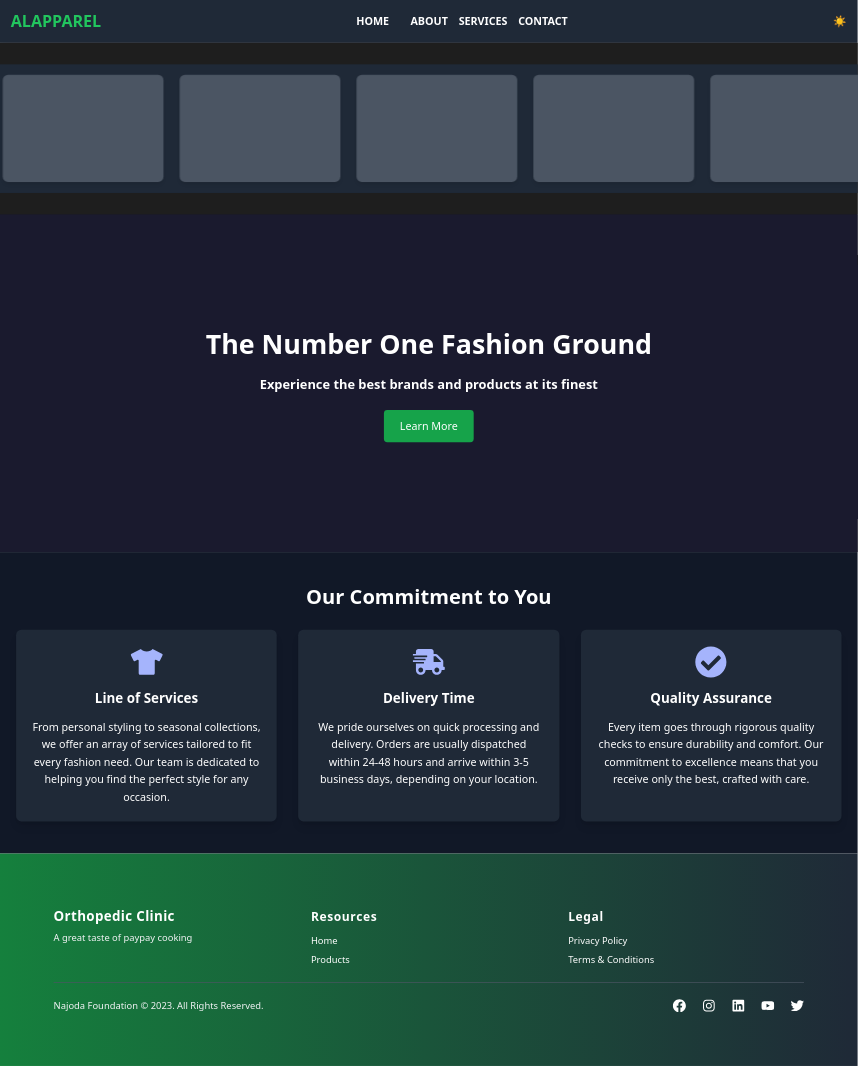
Repository: countaustin1990/file-C-Users-user-Documents-Final-20Cart
Page: /home (app in Documents/BXXXN/my-app/)
The author's editor kept a copy of each file at every save. The page is drawn from the files as they stood at one save, then again after the next save.
The browser window is 1280 px wide. The pictures show the whole page, at 67% of full size.
The project was rebuilt for these pictures with package versions that can differ from the ones it lists, and the page was loaded fresh each time. Also part of the build but not shown: Documents/BXXXN/my-app/vite.config.js, Documents/BXXXN/my-app/src/components/horizontalscroll/style.css, Documents/BXXXN/my-app/src/pages/contact/Contact.jsx, Documents/BXXXN/my-app/src/pages/about/About.test.jsx, Documents/BXXXN/my-app/src/pages/services/Services.test.jsx.

Above is the page before, as saved 2024-11-01 10:24:35.

After the next save:
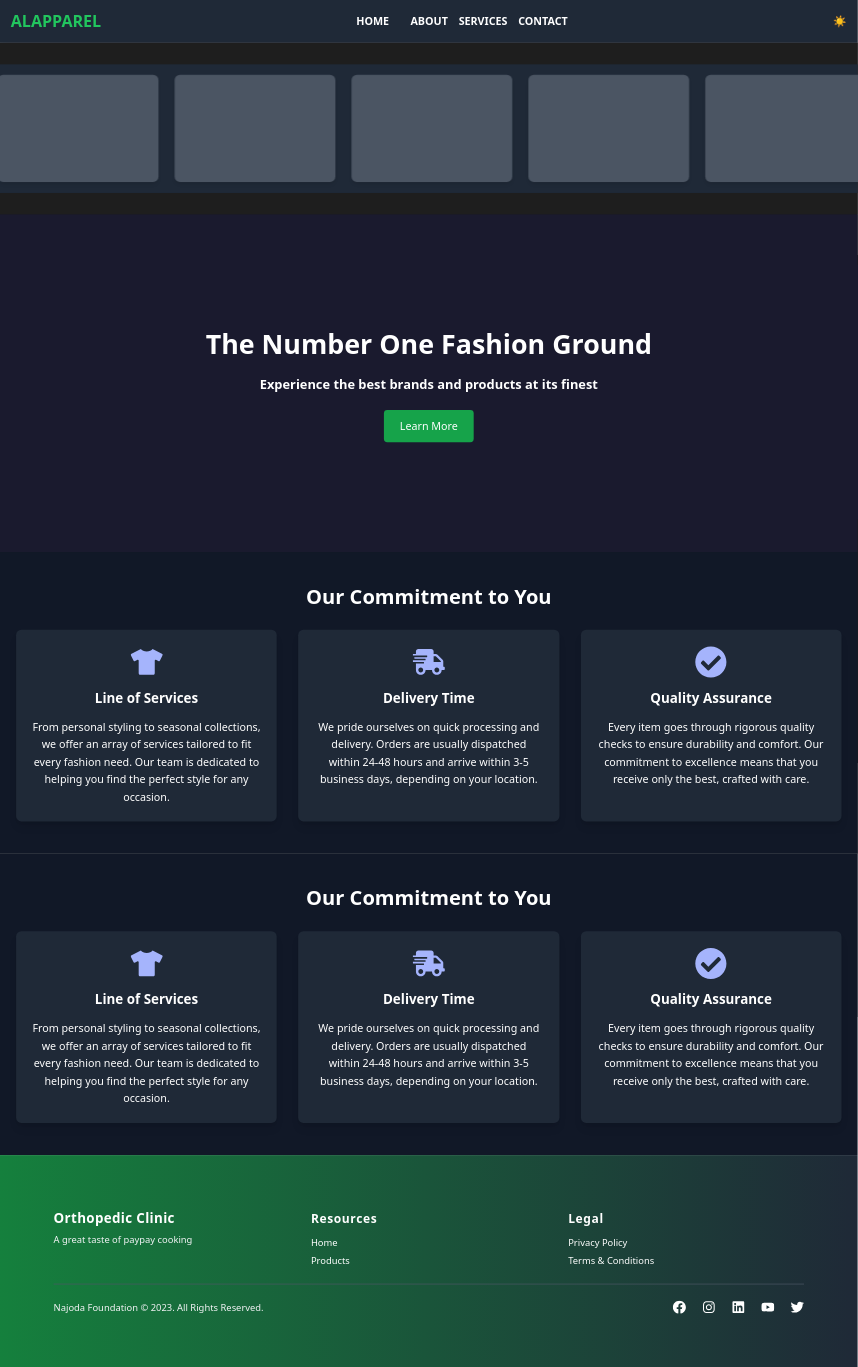
Saved 2 min 42 s later.
--- a/Documents/BXXXN/my-app/src/pages/home/Home.test.jsx
+++ b/Documents/BXXXN/my-app/src/pages/home/Home.test.jsx
@@ -1,12 +1,14 @@
 import HeroSection from '../../components/folder/HeroSection.test';
 import HorizontalScroll from '../../components/horizontalscroll/HorizontalScroll.test'; // Corrected import
 import PropTypes from 'prop-types';
+import ServicesInfo from '../../serviceinfo/ServiceInfo.test';
 
 const Home = ({ theme }) => {
   return (
     <div className={`home ${theme}-mode`}>
       <HorizontalScroll theme={theme} /> {/* Added HorizontalScroll component */}
       <HeroSection theme={theme} /> {/* Pass the theme to HeroSection */}
+      <ServicesInfo isDarkMode={theme === 'dark'} /> {/* Pass isDarkMode prop */}
     </div>
   );
 };

After the save that followed:
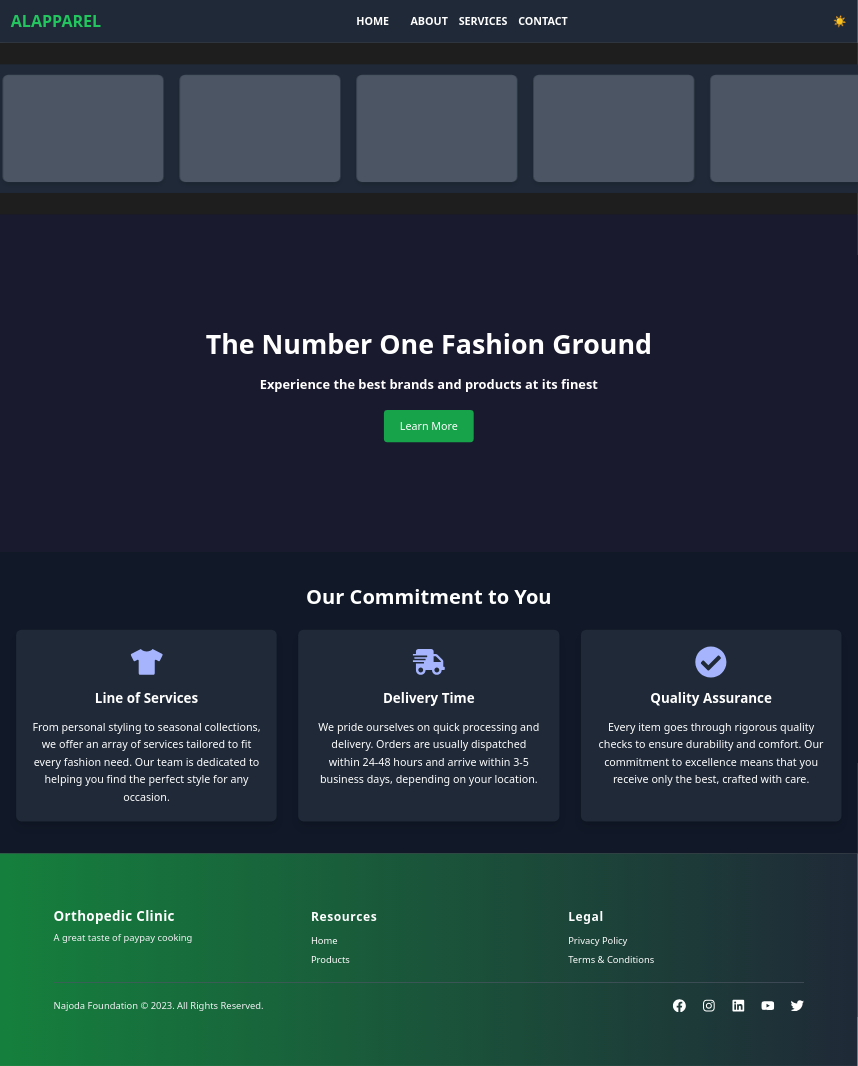
Saved 25 s later.
--- a/Documents/BXXXN/my-app/src/App.jsx
+++ b/Documents/BXXXN/my-app/src/App.jsx
@@ -32,7 +32,7 @@ const App = () => {
         <Route path="/services" element={<Services theme={theme} />} />
         <Route path="/contact" element={<Contact theme={theme} />} />
       </Routes>
-      <ServicesInfo isDarkMode={theme === 'dark'} /> {/* Pass isDarkMode prop */}
+      {/*<ServicesInfo isDarkMode={theme === 'dark'} />  Pass isDarkMode prop */}
       <Footer />
     </Router>
   );
